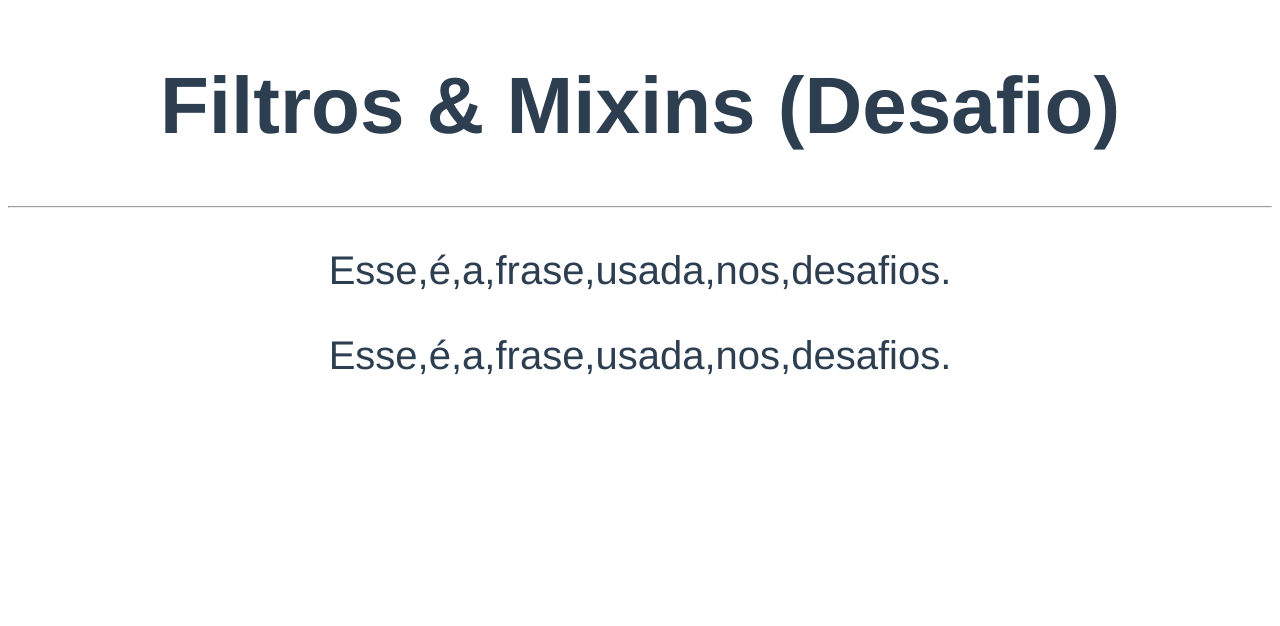
Repository: LucianoBitt/Curso_VueJS
Page: / (app in 11_filtros-mixins/filtros-mixins-desafio/)
The author's editor kept a copy of each file at every save. The page is drawn from the files as they stood at one save, then again after the next save.
The browser window is 1280 px wide. The pictures show the whole page.
The project was rebuilt for these pictures with package versions that can differ from the ones it lists, and the page was loaded fresh each time.

Above is the page before, as saved 2023-12-21 12:26:58.

### 11_filtros-mixins/filtros-mixins-desafio/src/main.js
import Vue from 'vue'
import App from './App.vue'

Vue.config.productionTip = false

Vue.filter('contarPalavras', function(valor) {
    return valor.split(' ').map(p => `${p} (${p.lenght})`).join(' ')
})

new Vue({
    render: h => h(App),
}).$mount('#app')

### 11_filtros-mixins/filtros-mixins-desafio/src/App.vue
<template>
	<div id="app">
		<h1>Filtros & Mixins (Desafio)</h1>
		<hr>
		<p>{{ frase | espaco-por-virgula }}</p>
		<p>{{ frase | espacoPorVirgula }}</p>

		<!-- Exercício 2 -->
		<!-- Filtro global que conta o tamanho de cada palavra e adiciona o
			valor na string final -->
		<!-- "Pedro é legal" => "Pedro (5) é (1) legal (5)" -->

		<!-- Exercício 3 -->
		<!-- Implementar os exercicios 1 e 2 com propriedade computada -->

		<!-- Exercício 4 -->
		<!-- Compartilhe a propriedade computada via mixin -->
	</div>
</template>

<script>
export default {
	data() {
		return {
			frase: 'Esse é a frase usada nos desafios.'
		}
	},
	filters: {
		espacoPorVirgula(valor) {
			return valor.replace(/\s/g, ',')
		}
	}
}
</script>

<style>
#app {
	font-family: 'Avenir', Helvetica, Arial, sans-serif;
	-webkit-font-smoothing: antialiased;
	-moz-osx-font-smoothing: grayscale;
	text-align: center;
	color: #2c3e50;
	margin-top: 60px;
	font-size: 2.5rem;
}
</style>

Loaded but not shown: 11_filtros-mixins/filtros-mixins-desafio/public/index.html (common file)

After the next save:
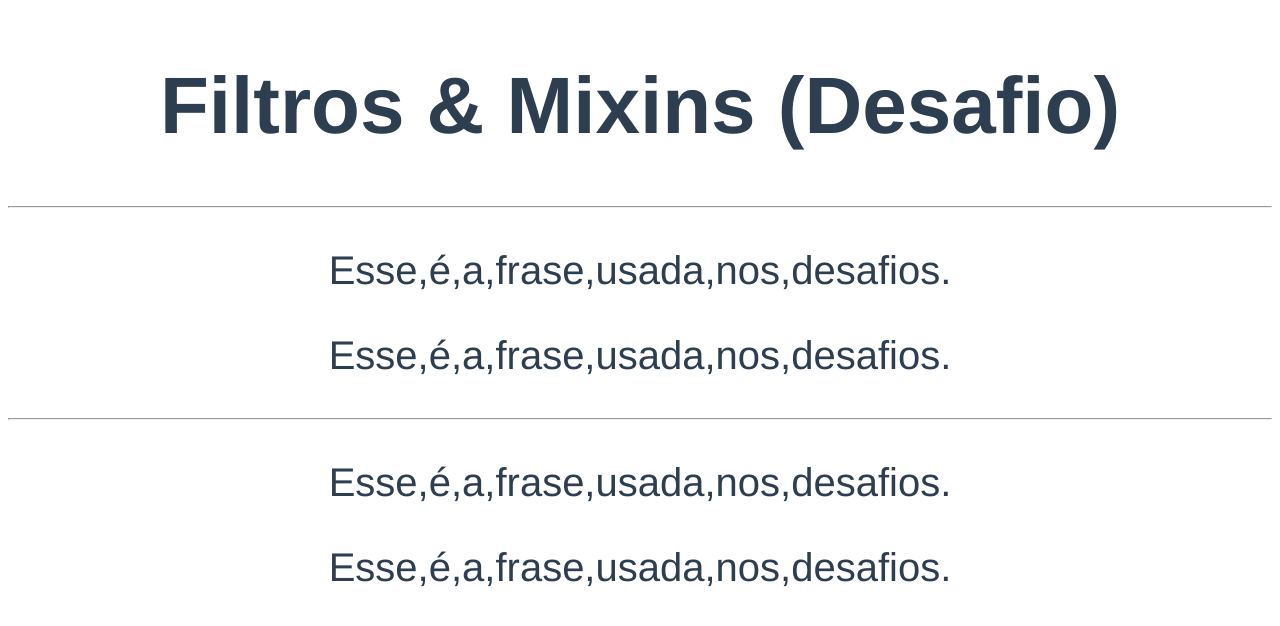
Saved 56 s later.
--- a/11_filtros-mixins/filtros-mixins-desafio/src/App.vue
+++ b/11_filtros-mixins/filtros-mixins-desafio/src/App.vue
@@ -9,6 +9,9 @@
 		<!-- Filtro global que conta o tamanho de cada palavra e adiciona o
 			valor na string final -->
 		<!-- "Pedro é legal" => "Pedro (5) é (1) legal (5)" -->
+		<hr>
+		<p>{{ frase | espaco-por-virgula }}</p>
+		<p>{{ frase | espacoPorVirgula }}</p>
 
 		<!-- Exercício 3 -->
 		<!-- Implementar os exercicios 1 e 2 com propriedade computada -->
